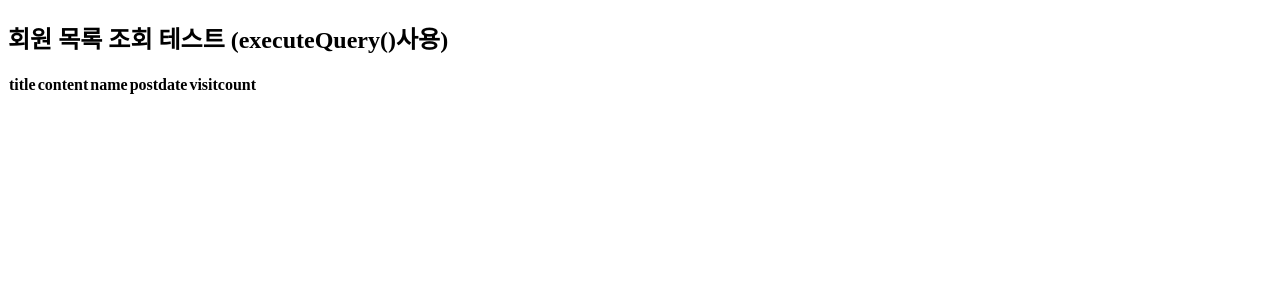
Repository: Charles0304/JSP
Page: http://localhost/MustHaveJSP/05JDBC/ExeQuery1.jsp
The author's editor kept a copy of each file at every save. The page is drawn from the files as they stood at one save, then again after the next save.
The browser window is 1280 px wide. The pictures show the whole page.
The page is served by Tomcat 10. Nobody is signed in. The application's start-up code is not run. Other server files are loaded and not shown. Queries for data that is not in the repository find no rows.

Above is the page before, as saved 2024-04-19 08:27:50.

### MustHaveJSP/src/main/webapp/05JDBC/ExeQuery1.jsp
<%@ page import = "java.sql.ResultSet" %>
<%@ page import = "java.sql.Statement" %>
<%@ page import = "java.sql.Connection" %>
<%@ page import = "common.JDBConnect" %>
<%@ page language="java" contentType="text/html; charset=UTF-8"
    pageEncoding="UTF-8"%>
<!DOCTYPE html>
<html>
<head>
<meta charset="UTF-8">
<title>JDBK</title>
<style type="text/css">
	table{
	border-collapse:collapse;
	}
	td{
	padding:5px;
	border:1px solid gray;
	}

</style>
</head>
<body>
	<h2> 회원 목록 조회 테스트 (executeQuery()사용)</h2>

	<%
	JDBConnect jdbc = new JDBConnect();

	String sql = "SELECT b.title, b.content, m.name, b.postdate, b.visitcount from member m, board b where m.id = b.id";
	Statement stmt = jdbc.con.createStatement();

	ResultSet rs = stmt.executeQuery(sql);
	out.println("<table>");
	out.println("<thead>");
	for(int i=1;i<=rs.getMetaData().getColumnCount();i++){
		out.println("<th>"+rs.getMetaData().getColumnLabel(i)+"</th>");
	}
	out.println("</thead>");
	out.println("<tbody>");
	while(rs.next()){

		//java.sql.Date regidate = rs.getDate("regidate");
		out.println("<tr>");
		for(int i=1;i<=rs.getMetaData().getColumnCount();i++){
			out.println("<td>"+rs.getString(i)+"</td>");
		}

		out.println("</tr>");
	}
	out.println("</tbody>");
	out.println("</table>");


	jdbc.close();
	%>
</body>
</html>

### MustHaveJSP/src/main/java/common/JDBConnect.java
package common;

import java.sql.Connection;
import java.sql.DriverManager;
import java.sql.PreparedStatement;
import java.sql.ResultSet;
import java.sql.Statement;

import jakarta.servlet.ServletContext;

public class JDBConnect {
	public Connection con;
	public Statement stmt;
	public PreparedStatement psmt;
	public ResultSet rs;

	public JDBConnect() {
		try {
			Class.forName("com.mysql.cj.jdbc.Driver");

			String url = "jdbc:mysql://localhost:3306/musthave";
			String id = "charles";
			String pwd = "coeocjf2";
			con = DriverManager.getConnection(url,id,pwd);

			System.out.println("DB연결 성공 (기본 생성자)");
		}catch(Exception e) {
			e.printStackTrace();
		}
	}
	public JDBConnect(String driver, String url, String id, String pwd) {
		try {
			Class.forName(driver);
			con = DriverManager.getConnection(url,id,pwd);

			System.out.println("DB연결 성송 (인수 생성자1)");
		}catch(Exception e) {
			e.printStackTrace();
		}
	}
	public JDBConnect(ServletContext application) {
		try {
			String driver = application.getInitParameter("MySQLDriver");
			Class.forName(driver);

			String url = application.getInitParameter("MySQLURL");
			String id = application.getInitParameter("MySQLId");
			String pwd = application.getInitParameter("MySQLPwd");
			con = DriverManager.getConnection(url,id,pwd);

			System.out.println("DB 연결 성공(인수 생성자 2)");
		}catch(Exception e) {
			e.printStackTrace();
		}
	}
	public void close() {
		try {
			if(rs!=null) rs.close();
			if(stmt!=null)stmt.close();
			if(psmt != null)psmt.close();
			if(con != null) con.close();

			System.out.println("JDBC 자원 해제");
		}catch(Exception e) {
			e.printStackTrace();
		}
	}
}

After the next save:
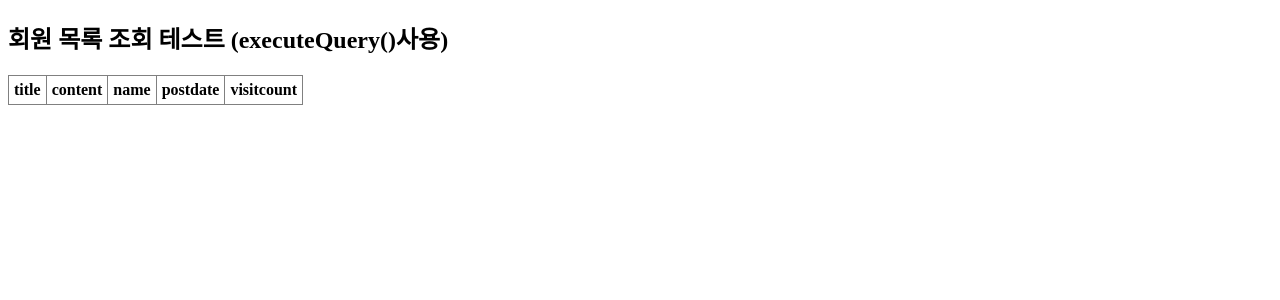
Saved 15 s later.
--- a/MustHaveJSP/src/main/webapp/05JDBC/ExeQuery1.jsp
+++ b/MustHaveJSP/src/main/webapp/05JDBC/ExeQuery1.jsp
@@ -13,7 +13,7 @@
 	table{
 	border-collapse:collapse;
 	}
-	td{
+	td,th{
 	padding:5px;
 	border:1px solid gray;
 	}
